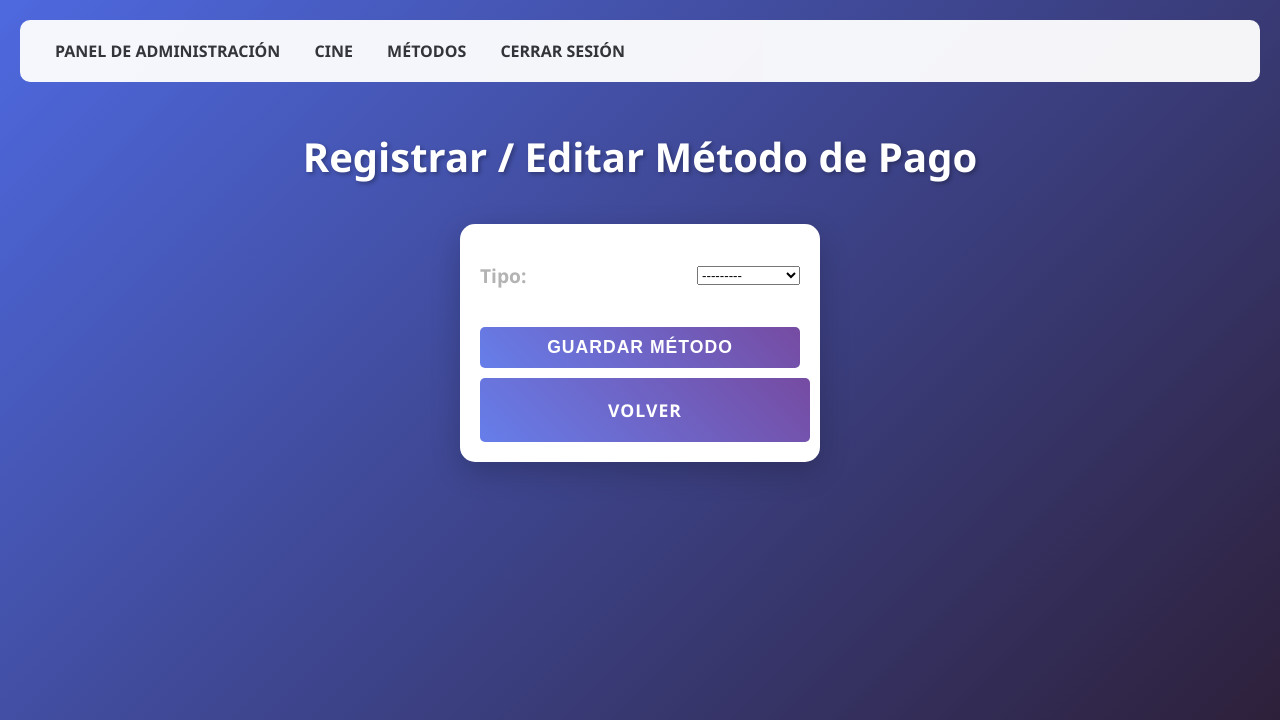
Repository: RoyScc/Practico-Django
Page: http://localhost/metodos/crear
These files come from the project's save history. The page is drawn as it stood at one moment and after the next save; the edit follows.
The browser window is 1280 px wide. The pictures show the whole page.
The page is served by the project's application, run on Django 5.2 (manage.py). A made-up administrator, testuser (Test User, test@example.com), is signed in.

Above is the page before, as saved 2026-06-03 10:25:09.

After the next save:
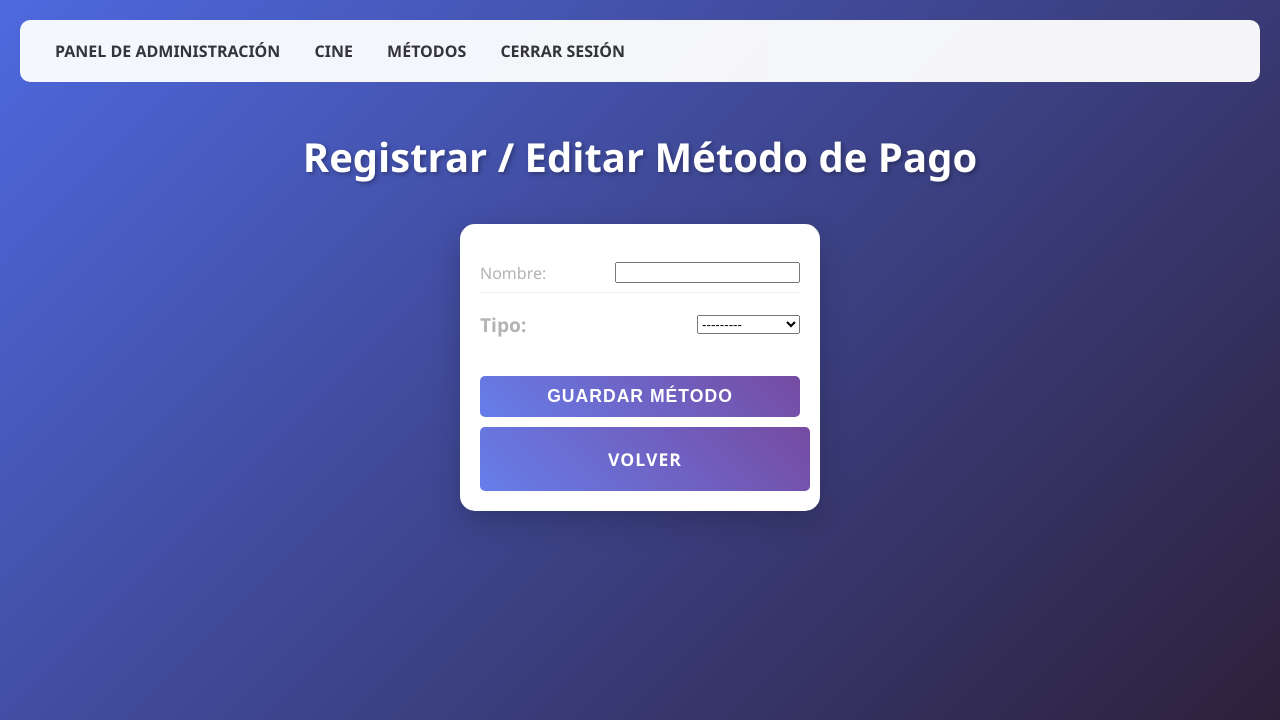
Saved 3 min 10 s later.
--- a/tickets/templates/tickets/crear_metodo_pago.html
+++ b/tickets/templates/tickets/crear_metodo_pago.html
@@ -8,6 +8,11 @@
         <div class="ticket-item2">
            <form method="POST">
             {% csrf_token %}
+            <p>
+                {{ form.nombre.label_tag }}
+                {{ form.nombre }}
+            </p>
+
             <p>
                 {{ form.tipo.label_tag }}
                 {{ form.tipo }}
